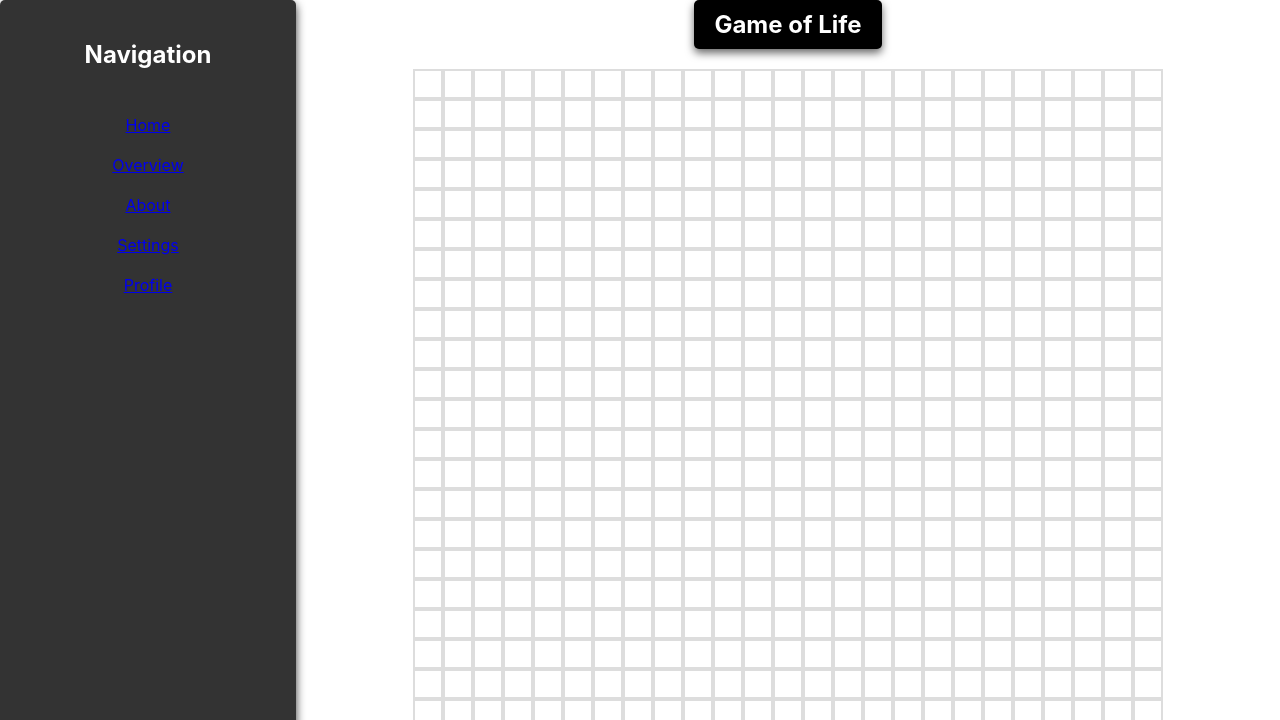
Repository: MarioDiekmann/GameOfLife
Page: /
The author's editor kept a copy of each file at every save. The page is drawn from the files as they stood at one save, then again after the next save.
The browser window is 1280 px wide. The pictures show the whole page.
An inner scrolling area shows only its first screen. The project was rebuilt for these pictures with package versions that can differ from the ones it lists, and the page was loaded fresh each time. Also part of the build but not shown: src/components/InputForm.js, src/components/LoadPatternForm.js, src/components/RegistrationForm.js, src/components/LoginForm.js, src/pages/Overview.js.

Above is the page before, as saved 2024-11-08 01:20:35.

After the next save:
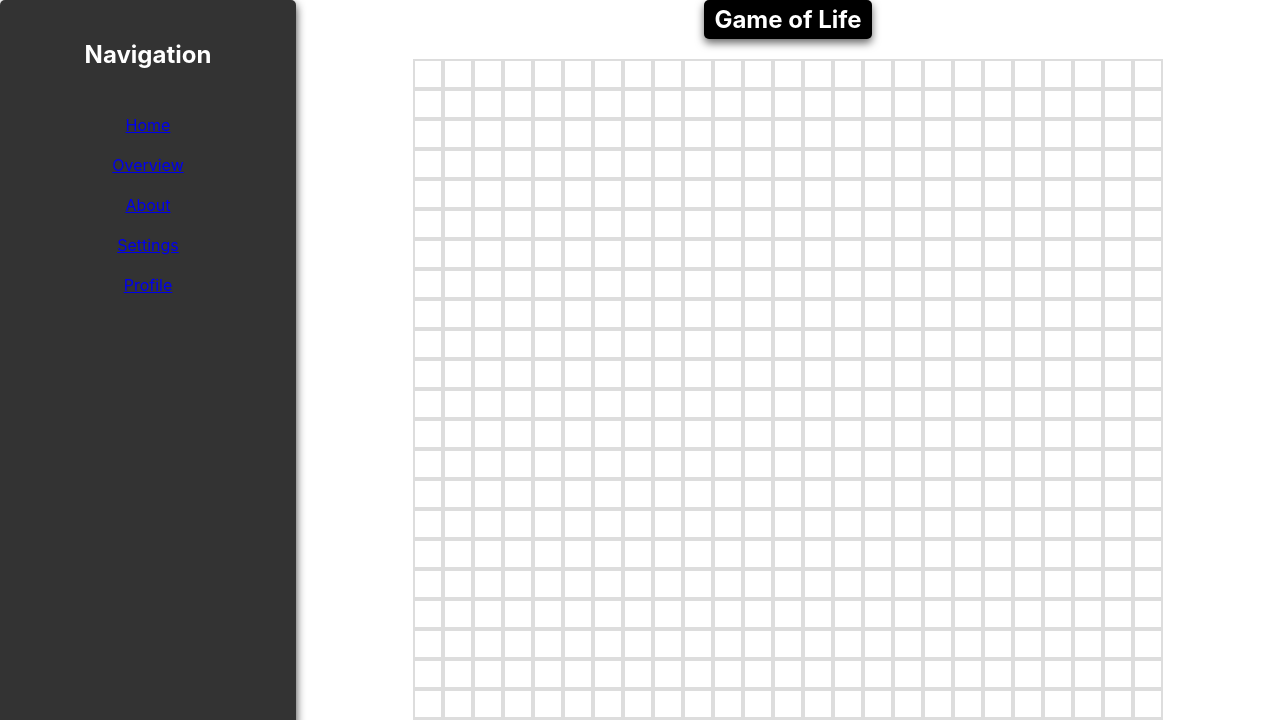
Saved 5 min 15 s later.
--- a/src/components/Game.css
+++ b/src/components/Game.css
@@ -1,17 +1,30 @@
 /* Set the html and body to occupy the full viewport height */
-html, body, #root {
-    min-height: 100vh;
+html, body {
     height: 100vh;
     margin: 0;
-    overflow: hidden; /* Prevent scrolling */
+    overflow: hidden;
 }
 
-/* Main Game container */
-.Game-container {
+#root, .Game-container {
+    height: 100%;
     display: flex;
     flex-direction: column;
-    height: 100%; /* Full height */
-    overflow: hidden;
+}
+
+/* Adjust the banner to reduce height on smaller screens */
+.banner {
+    background-color: black;
+    padding: 5px 10px; /* Reduced padding */
+    text-align: center;
+    box-shadow: 0 4px 8px rgba(0, 0, 0, 0.6);
+    border-radius: 5px;
+}
+
+.banner h1 {
+    color: white;
+    font-size: 2em; /* Reduced font size */
+    text-shadow: 2px 2px 5px rgba(0, 0, 0, 0.8);
+    margin: 0;
 }
 
 /* Center and control the size of the grid and buttons container */
@@ -22,42 +35,25 @@ html, body, #root {
     flex-direction: column;
     align-items: center;
     justify-content: center;
-    max-height: calc(100vh - 150px); /* Limit grid height to avoid overflow */
+    max-height: 60vh; /* Adjusted max height to fit smaller screens */
 }
 
 .button-container {
     display: flex;
     justify-content: center;
-    margin-top: 10px;
-    flex-shrink: 0; /* Prevents buttons from shrinking */
+    margin-top: 5px; /* Reduced margin */
 }
 
-/* Styling for the banner */
-.banner {
-    background-color: black;
-    padding: 10px 20px;
-    text-align: center;
-    box-shadow: 0 4px 8px rgba(0, 0, 0, 0.6);
-    border-radius: 5px;
-}
-
-.banner h1 {
-    color: white;
-    font-size: 2.5em;
-    text-shadow: 2px 2px 5px rgba(0, 0, 0, 0.8);
-    margin: 0;
-}
-
-/* General button styling */
 .button {
     background-color: black;
     color: white;
-    padding: 10px 20px;
+    padding: 8px 15px; /* Reduced padding */
     border: none;
     border-radius: 5px;
     cursor: pointer;
-    margin: 5px;
+    margin: 3px; /* Reduced margin */
     text-shadow: 2px 2px 5px rgba(0, 0, 0, 0.8);
+    font-size: 0.9em; /* Slightly smaller font */
 }
 
 .button:hover {
@@ -70,7 +66,7 @@ html, body, #root {
     cursor: not-allowed;
 }
 
-/* Overlay styling for modals */
+/* Overlay for modals */
 .popup-overlay {
     position: fixed;
     top: 0;
@@ -86,8 +82,25 @@ html, body, #root {
 
 .popup-content {
     background: white;
-    padding: 20px;
+    padding: 15px; /* Reduced padding */
     border-radius: 8px;
     box-shadow: 0 4px 8px rgba(0, 0, 0, 0.1);
-    width: 300px;
+    width: 80vw;
+    max-width: 300px;
 }
+
+/* Responsive adjustments for smaller screens */
+@media (max-height: 800px) {
+    .banner h1 {
+        font-size: 1.8em;
+    }
+
+    .button {
+        padding: 6px 10px;
+        font-size: 0.8em;
+    }
+
+    .grid-container {
+        max-height: 50vh;
+    }
+}
